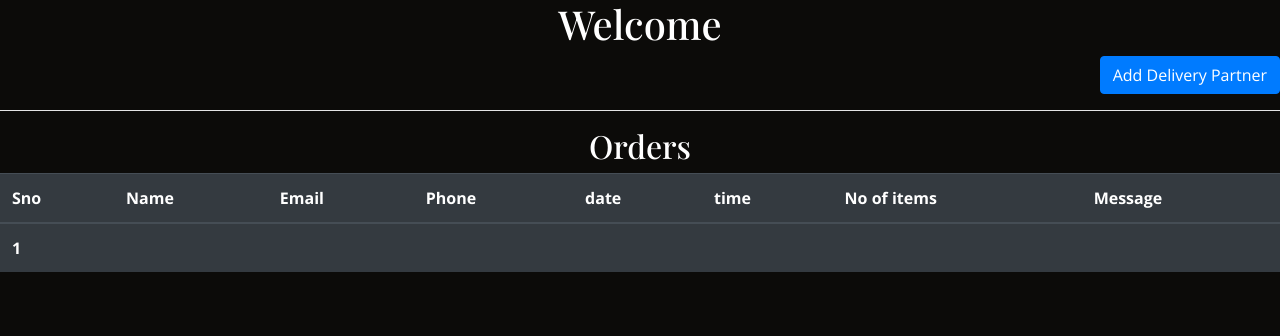
Repository: Amalraveendran/Amal
Page: http://localhost/cakehub/admin-.jsp
The author's editor kept a copy of each file at every save. The page is drawn from the files as they stood at one save, then again after the next save.
The browser window is 1280 px wide. The pictures show the whole page.
Some web fonts or font styles are not loaded; a fallback is used. The page is served by Tomcat 9. The session is filled in as if someone had signed in: {"username": "testuser"}. Other server files are loaded and not shown. The template is opened directly, without the code that normally fills it, so the values that code supplies are empty.

Above is the page before, as saved 2021-01-30 08:54:49.

### Eclipse Workspace/cakehub/WebContent/admin-.jsp
<%@ page language="java" contentType="text/html; charset=ISO-8859-1"
    pageEncoding="ISO-8859-1"%>
<!DOCTYPE html>
<html>
<head>
<meta charset="ISO-8859-1">
<title>Admin-pane</title>

 <link href="assets/img/back.jpg" rel="icon">
  <link href="assets/img/index.jpg" rel="apple-touch-icon">

  <!-- Google Fonts -->
  <link href="https://fonts.googleapis.com/css?family=Open+Sans:300,300i,400,400i,600,600i,700,700i|Playfair+Display:ital,wght@0,400;0,500;0,600;0,700;1,400;1,500;1,600;1,700|Poppins:300,300i,400,400i,500,500i,600,600i,700,700i" rel="stylesheet">

  <!-- Vendor CSS Files -->
  <link href="assets/vendor/bootstrap/css/bootstrap.min.css" rel="stylesheet">
  <link href="assets/vendor/icofont/icofont.min.css" rel="stylesheet">
  <link href="assets/vendor/boxicons/css/boxicons.min.css" rel="stylesheet">
  <link href="assets/vendor/animate.css/animate.min.css" rel="stylesheet">
  <link href="assets/vendor/owl.carousel/assets/owl.carousel.min.css" rel="stylesheet">
  <link href="assets/vendor/venobox/venobox.css" rel="stylesheet">
  <link href="assets/vendor/aos/aos.css" rel="stylesheet">

  <!-- Template Main CSS File -->
  <link href="assets/css/style.css" rel="stylesheet">
</head>
<body>



<%

if(session.getAttribute("username")==null)
{
	response.sendRedirect("login.jsp");
}




%>

<center>
<h1>Welcome</h1>
<nav align="right">

<a class="btn btn-primary" href="deliveryPartnerReg.jsp">Add Delivery Partner</a>

</nav>
<hr color="white">
<h2>Orders</h2>

<table class="table table-dark" >
  <thead>
    <tr>
      <th scope="col">Sno</th>
      <th scope="col">Name</th>
      <th scope="col">Email</th>
      <th scope="col">Phone</th>
      <th scope="col">date</th>
      <th scope="col">time</th>
      <th scope="col">No of items</th>
      <th scope="col">Message</th>
    </tr>
  </thead>
  <tbody>

  <c:forEach var="i" begin="1" end ="10">

    <tr>
      <th scope="row">1</th>
      <td>${name }</td>
      <td>${email}</td>
      <td>${phone }</td>
        <td>${date}</td>
          <td>${time}</td>
            <td>${nos}</td>
              <td>${message}</td>
    </tr>
    </c:forEach>

  </tbody>
</table>
</center>



 <script src="assets/vendor/jquery/jquery.min.js"></script>
  <script src="assets/vendor/bootstrap/js/bootstrap.bundle.min.js"></script>
  <script src="assets/vendor/jquery.easing/jquery.easing.min.js"></script>
  <script src="assets/vendor/php-email-form/validate.js"></script>
  <script src="assets/vendor/owl.carousel/owl.carousel.min.js"></script>
  <script src="assets/vendor/isotope-layout/isotope.pkgd.min.js"></script>
  <script src="assets/vendor/venobox/venobox.min.js"></script>
  <script src="assets/vendor/aos/aos.js"></script>

  <!-- Template Main JS File -->
  <script src="assets/js/main.js"></script>
</body>
</html>

Loaded but not shown: Eclipse Workspace/cakehub/WebContent/assets/js/main.js (220 lines, source omitted); Eclipse Workspace/cakehub/WebContent/assets/css/style.css (1797 lines, source omitted)

After the next save:
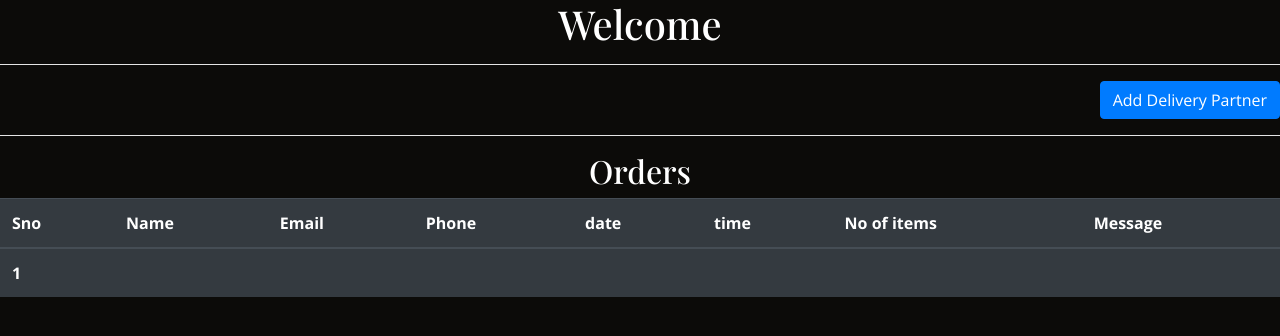
Saved 36 s later.
--- a/Eclipse Workspace/cakehub/WebContent/admin-.jsp
+++ b/Eclipse Workspace/cakehub/WebContent/admin-.jsp
@@ -42,6 +42,7 @@ if(session.getAttribute("username")==null)
 
 <center>
 <h1>Welcome</h1>
+<hr color="white">
 <nav align="right">
 
 <a class="btn btn-primary" href="deliveryPartnerReg.jsp">Add Delivery Partner</a>
